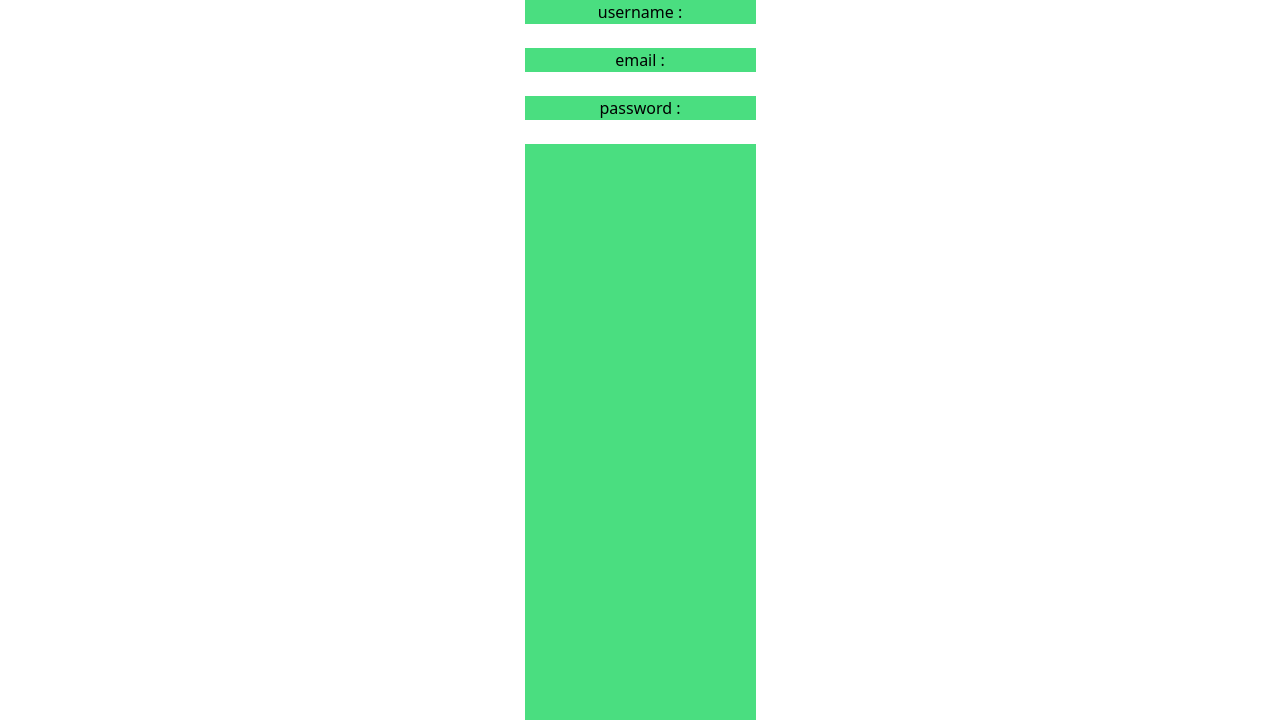
Repository: Emy-gold/alx-fe-reactjs
Page: / (app in form-handling-react/)
These files come from the project's save history. The page is drawn as it stood at one moment and after the next save; the edit follows.
The browser window is 1280 px wide. The pictures show the whole page.
The project was rebuilt for these pictures with package versions that can differ from the ones it lists, and the page was loaded fresh each time. Also part of the build but not shown: form-handling-react/vite.config.js.

Above is the page before, as saved 2025-08-22 21:09:41.

After the next save:
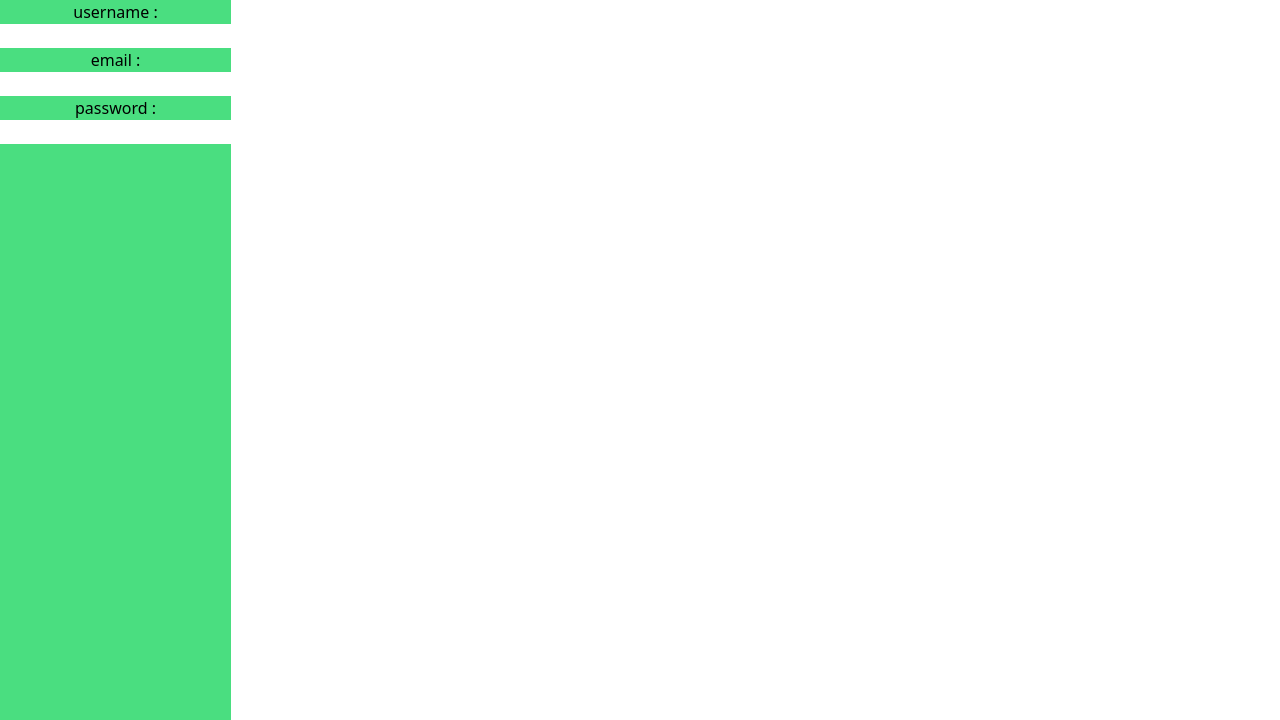
Saved 7 s later.
--- a/form-handling-react/src/components/RegistrationForm.jsx
+++ b/form-handling-react/src/components/RegistrationForm.jsx
@@ -16,7 +16,7 @@ function RegistrationForm() {
     }
 
     return (
-        <div className='flex justify-center w-full mx-auto h-screen'>
+        <div className='flex w-full mx-auto h-screen'>
             <form onSubmit={handleSubmit} className='flex flex-col items-center bg-green-400'>
                 <label>username :</label>
                 <input
